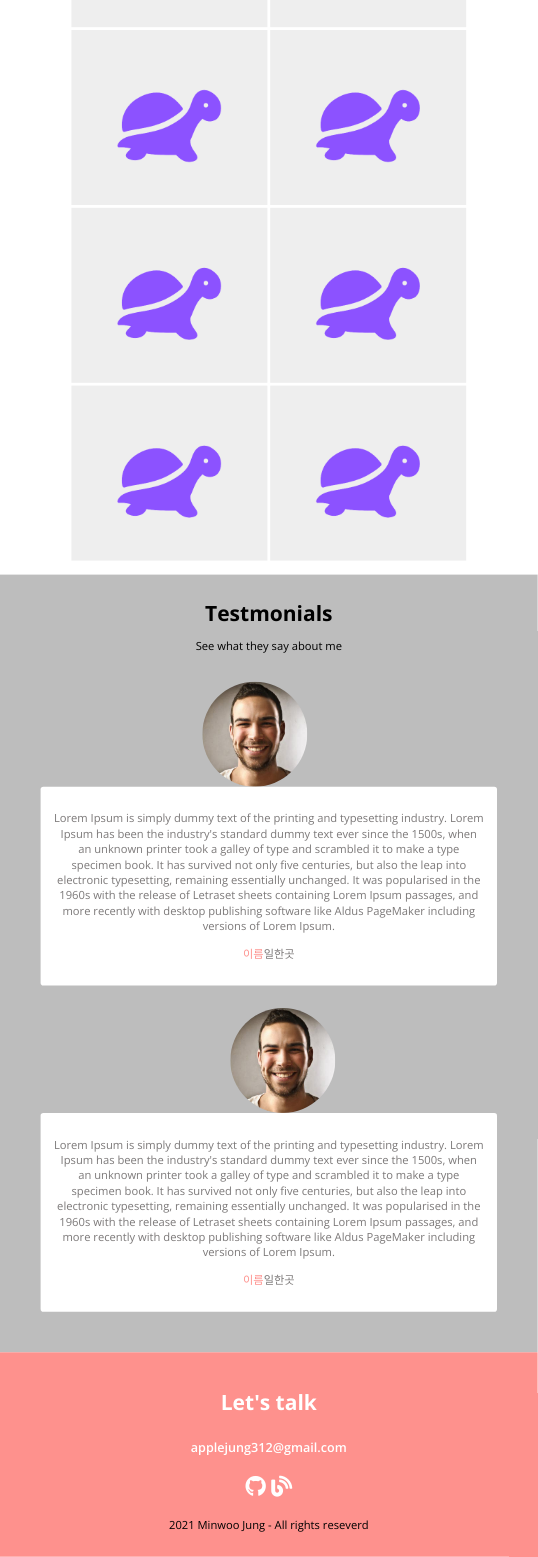
Repository: DevMinwoo-Jung/MinwooPortfolio
Page: index.html
These files come from the project's save history. The page is drawn as it stood at one moment and after the next save; the edit follows.
The browser window is 768 px wide. The pictures show the part of the page from y = 3817 to 6057 px (the page is 6041 px tall before and 6057 px after), at 70% of full size.

Above is the page before, as saved 2021-06-07 08:21:28.

After the next save:
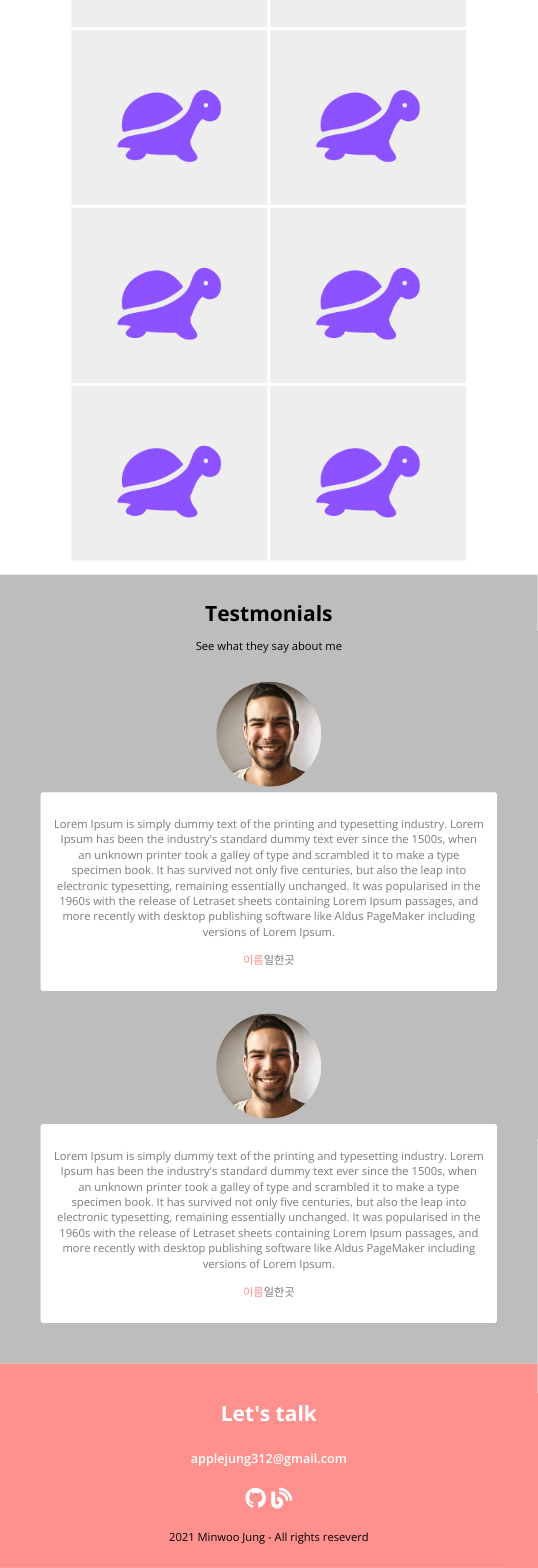
Saved 18 s later.
--- a/style.css
+++ b/style.css
@@ -594,8 +594,8 @@ button {
     padding: 18px;
   }
 
-  .testimonail__avatar:nth-child(odd),
-  .testimonail__avatar:nth-child(even) {
+  .testimonial__avatar:nth-child(odd),
+  .testimonial__avatar:nth-child(even) {
     margin: 0;
     margin-bottom: 8px;
   }
